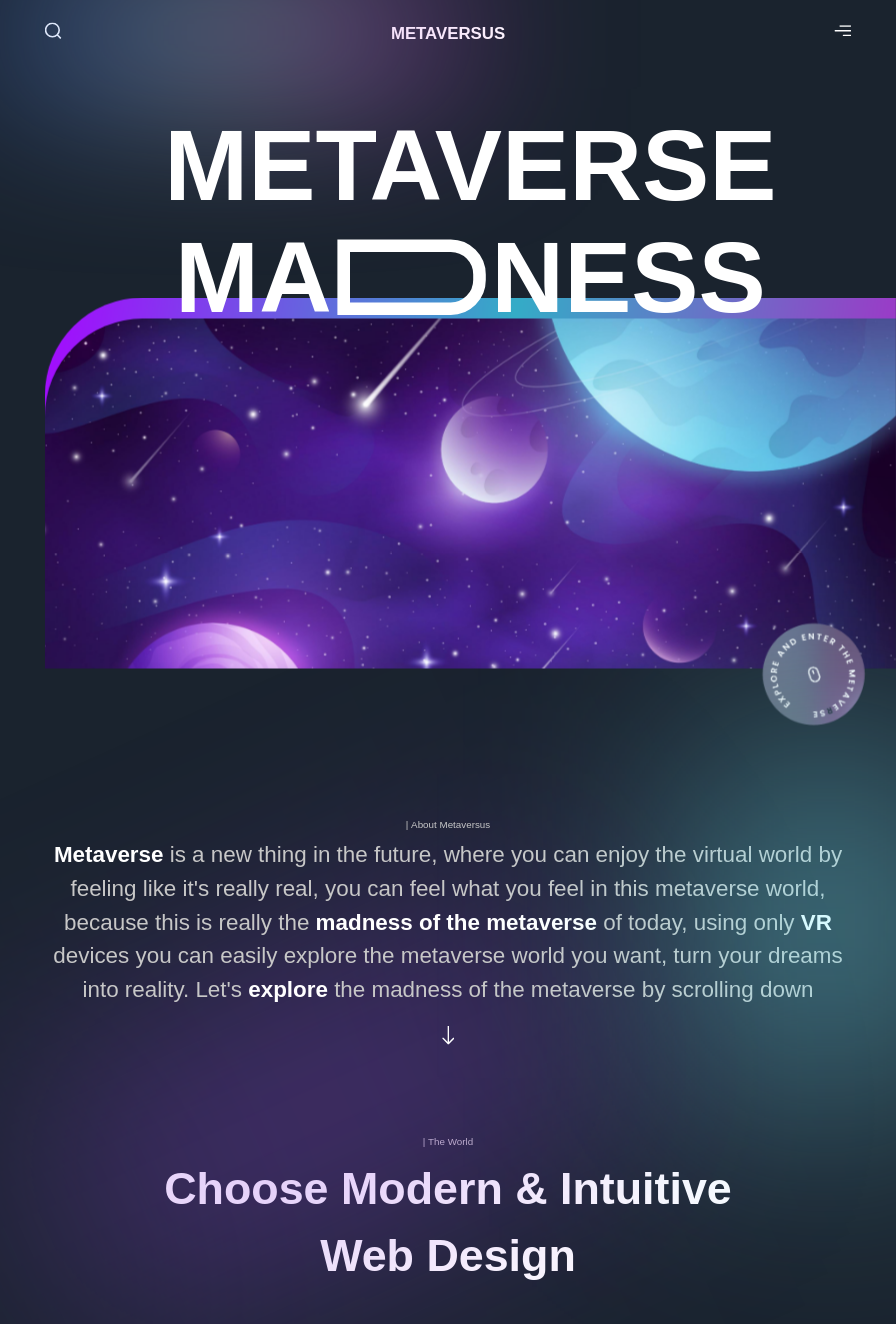
Repository: Shanuga123/metaversus
Page: /
An editor plug-in stored every save of this project. The page is shown before and after the next save, followed by the edit.
The browser window is 1280 px wide. The pictures show the part of the page from y = 0 to 1892 px (the page is 7254 px tall), at 70% of full size.
Pictures or frames that could not be fetched are drawn as grey boxes. Some web fonts or font styles are not loaded; a fallback is used. The project was rebuilt for these pictures with package versions that can differ from the ones it lists, and the page was loaded fresh each time. The framework's server and built-in components were replaced by stand-ins that run in the browser. Also part of the build but not shown: next.config.js.

Above is the page before, as saved 2024-08-06 07:10:38.

After the next save:
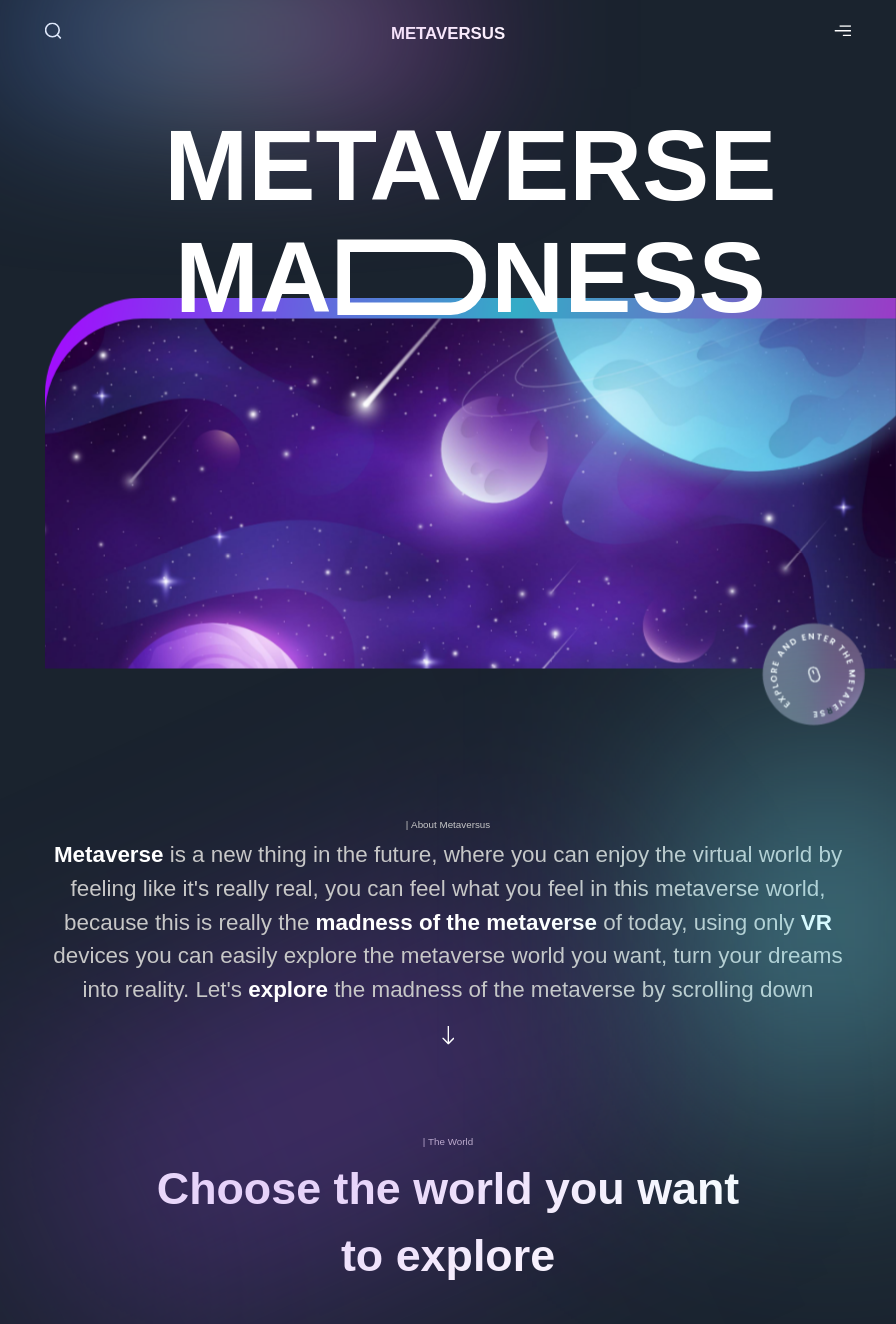
Saved 25 s later.
--- a/sections/Explore.jsx
+++ b/sections/Explore.jsx
@@ -22,7 +22,7 @@ const Explore = () => {
       >
         <TypingText title="| The World" textStyles="text-center" />
         <TitleText
-          title={<>Choose Modern & Intuitive <br className="md:block hidden" /> Web Design</>}
+          title={<>Choose the world you want <br className="md:block hidden" /> to explore</>}
           textStyles="text-center"
         />
         <div className="mt-[50px] flex lg:flex-row flex-col min-h-[70vh] gap-5">
